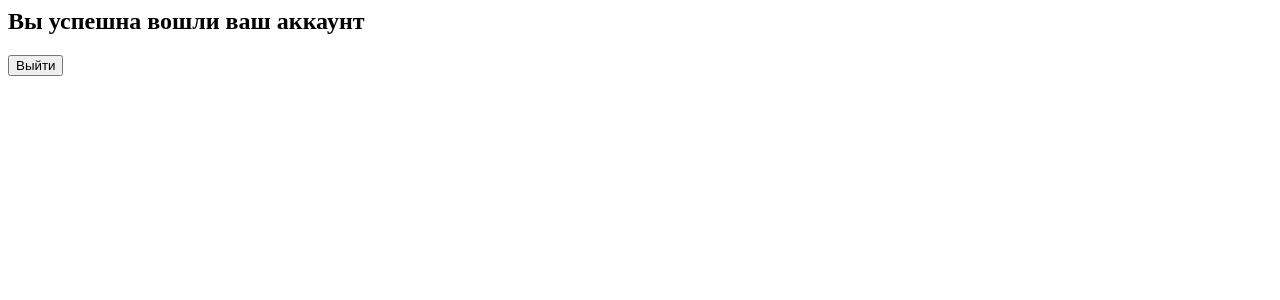
Repository: saberzhan19/diving
Page: http://localhost/login.php
The author's editor kept a copy of each file at every save. The page is drawn from the files as they stood at one save, then again after the next save.
The browser window is 1280 px wide. The pictures show the whole page.
The page is run by PHP 8.4 with error messages shown; the project is at /var/www/html/.

Above is the page before, as saved 2022-01-23 05:42:47.

After the next save:
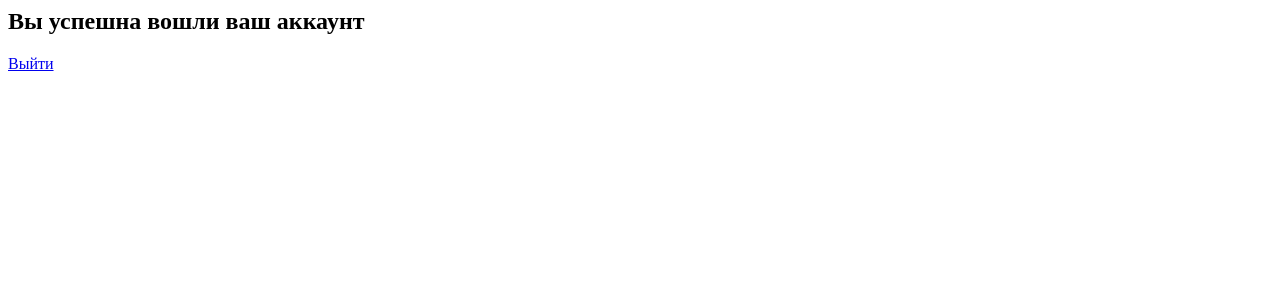
Saved 40 s later.
--- a/login.php
+++ b/login.php
@@ -1,2 +1,2 @@
 <h2>Вы успешна вошли ваш аккаунт</h2>
-<button class="btn btn-primary mt-3" href="/" type="submit" >Выйти</button>
+<a class="btn btn-primary mt-3" href="/" type="submit" >Выйти</a>
